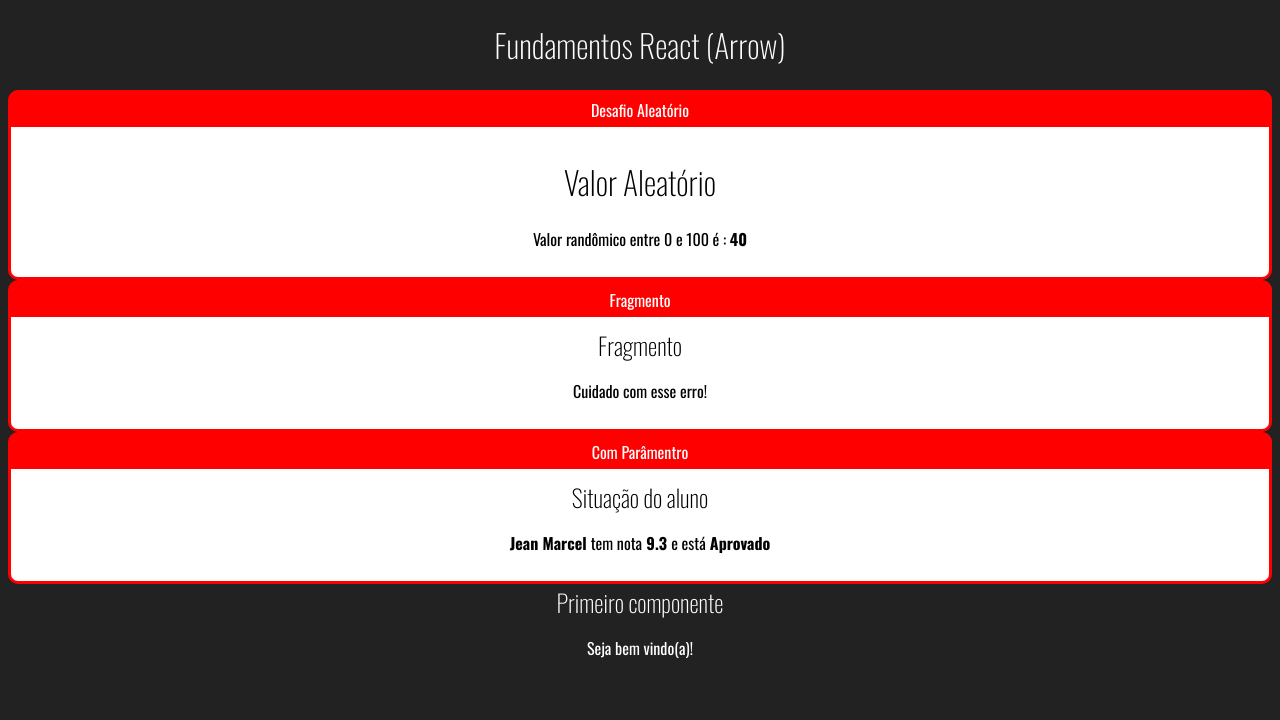
Repository: jean-siqueira/fundamentos-react
Page: /
The author's editor kept a copy of each file at every save. The page is drawn from the files as they stood at one save, then again after the next save.
The browser window is 1280 px wide. The pictures show the whole page.
The project was rebuilt for these pictures with package versions that can differ from the ones it lists, and the page was loaded fresh each time.

Above is the page before, as saved 2023-03-04 12:14:15.

### public/index.html
<!DOCTYPE html>
<html lang="en">
  <head>
    <meta charset="utf-8" />
    <link rel="icon" href="%PUBLIC_URL%/favicon.ico" />
    <meta name="viewport" content="width=device-width, initial-scale=1" />
    <meta name="theme-color" content="#000000" />
    <meta
      name="description"
      content="Web site created using create-react-app"
    />
    <link rel="apple-touch-icon" href="%PUBLIC_URL%/logo192.png" />
    <link rel="manifest" href="%PUBLIC_URL%/manifest.json" />
    <link rel="preconnect" href="https://fonts.googleapis.com">
<link rel="preconnect" href="https://fonts.gstatic.com" crossorigin>
<link href="https://fonts.googleapis.com/css2?family=Oswald:wght@200;300;400;500;600;700&display=swap" rel="stylesheet">
    <title>React App</title>
  </head>
  <body>
    <noscript>You need to enable JavaScript to run this app.</noscript>
    <div id="root"></div>
  </body>
</html>

### src/index.js
import "./index.css";
import ReactDOM from "react-dom";
import React from "react";

import App from "./App";

const tag = <strong>Olá React</strong>;

ReactDOM.render(<App />, document.getElementById("root"));

### src/index.css
body {
    font-family: Oswald;
    background-color: #222;
    color: #fff;
    text-align: center;
}

h1, h2, h3 {
    font-weight: 200;
}

h2, h3 {
    margin: 0;
}

### src/App.jsx
import React from "react";

import Card from "./components/layout/Card";
import Primeiro from "./components/basicos/Primeiro";
import ComParametro from "./components/basicos/ComParametro";
import Fragmento from "./components/basicos/Fragmento";
import Aleatorio from "./components/basicos/Aleatorio";

export default (_) => (
  <div id="app">
    <h1>Fundamentos React (Arrow)</h1>

    <Card titulo="Desafio Aleatório">
      <Aleatorio min={0} max={100} />
    </Card>

    <Card titulo="Fragmento">
      <Fragmento />
    </Card>

    <Card titulo="Com Parâmentro">
      <ComParametro titulo="Situação do aluno" aluno="Jean Marcel" nota={9.3} />
    </Card>

    <Primeiro></Primeiro>
  </div>
);

### src/components/layout/Card.jsx
import React from "react";
import "./Card.css";

export default (props) => {
  return (
    <div className="Card">
      <div className="Title">{props.titulo}</div>
      <div className="Content">{props.children}</div>
    </div>
  );
};

### src/components/basicos/Primeiro.js

import React from "react"

export default function Primeiro() {

    const msg = 'Seja bem vindo(a)!'

    return (
        <div>
            <h2>Primeiro componente</h2>
            <p>  {msg} </p>
        </div>
    )

}

### src/components/basicos/ComParametro.jsx
import React from "react";

export default function ComParametro(props) {
  const status = props.nota >= 7 ? "Aprovado" : "Recuperação";
  return (
    <div>
      <h2>{props.titulo}</h2>
      <p>
        <strong>{props.aluno} </strong>
        tem nota
        <strong> {props.nota} </strong>e está
        <strong> {status}</strong>
      </p>
    </div>
  );
}

### src/components/basicos/Fragmento.jsx
import React from "react";

export default function Fragmento(props) {
  return (
    <>
      <h2>Fragmento</h2>
      <p>Cuidado com esse erro!</p>
    </>
  );
}

### src/components/basicos/Aleatorio.jsx
import React from "react";

export default (props) => {
  const { min, max } = props;

  const valorRandomico = parseInt(Math.random() * (max - min)) + min;

  return (
    <div>
      <h1>Valor Aleatório</h1>
      <p>
        Valor randômico entre {min} e {max} é :{" "}
        <strong>{valorRandomico}</strong>
      </p>
    </div>
  );
};

### src/components/layout/Card.css
.Card {
  background-color: red;
  border-radius: 10px;
  overflow: hidden;
  border: 3px solid red;
  mar
}

.Card .Title {
  padding: 5px 0px;
  display: flex;
  justify-content: center;
}

.Card .Content {
  background-color: #fff;
  color: #000;
  padding: 10px;
}

After the next save:
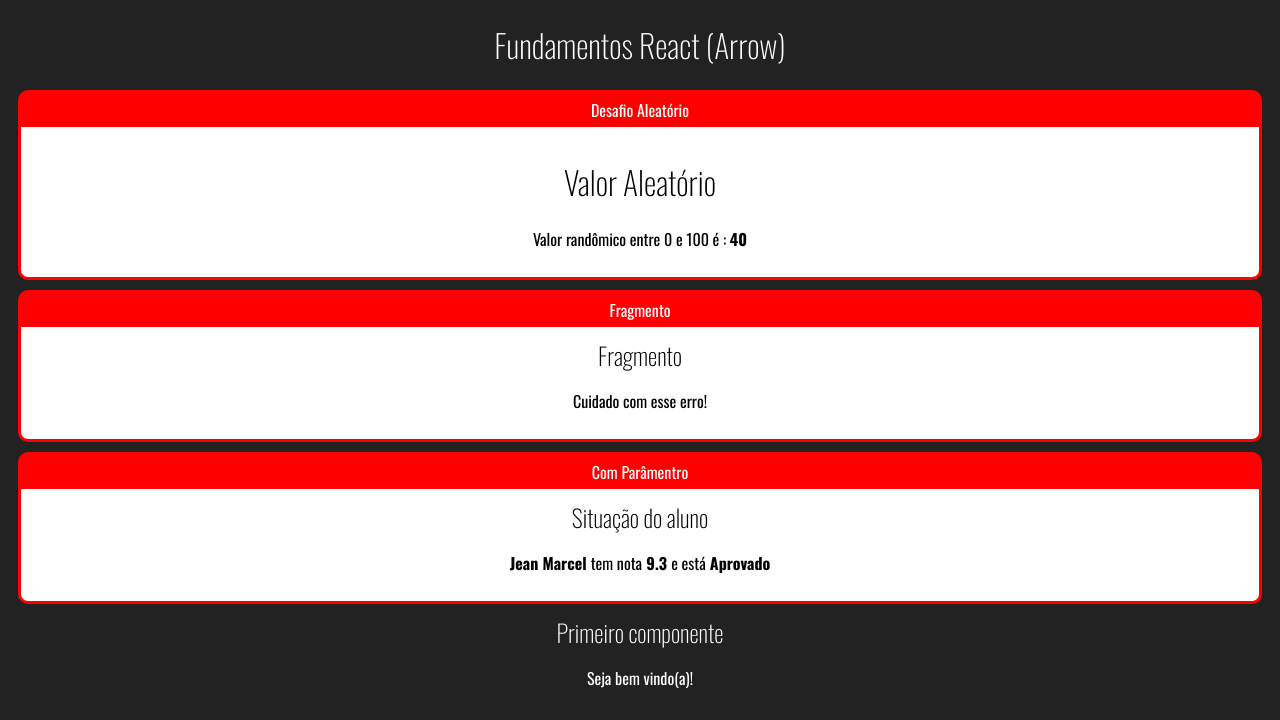
Saved 4 s later.
--- a/src/components/layout/Card.css
+++ b/src/components/layout/Card.css
@@ -3,7 +3,7 @@
   border-radius: 10px;
   overflow: hidden;
   border: 3px solid red;
-  mar
+  margin: 10px;
 }
 
 .Card .Title {
